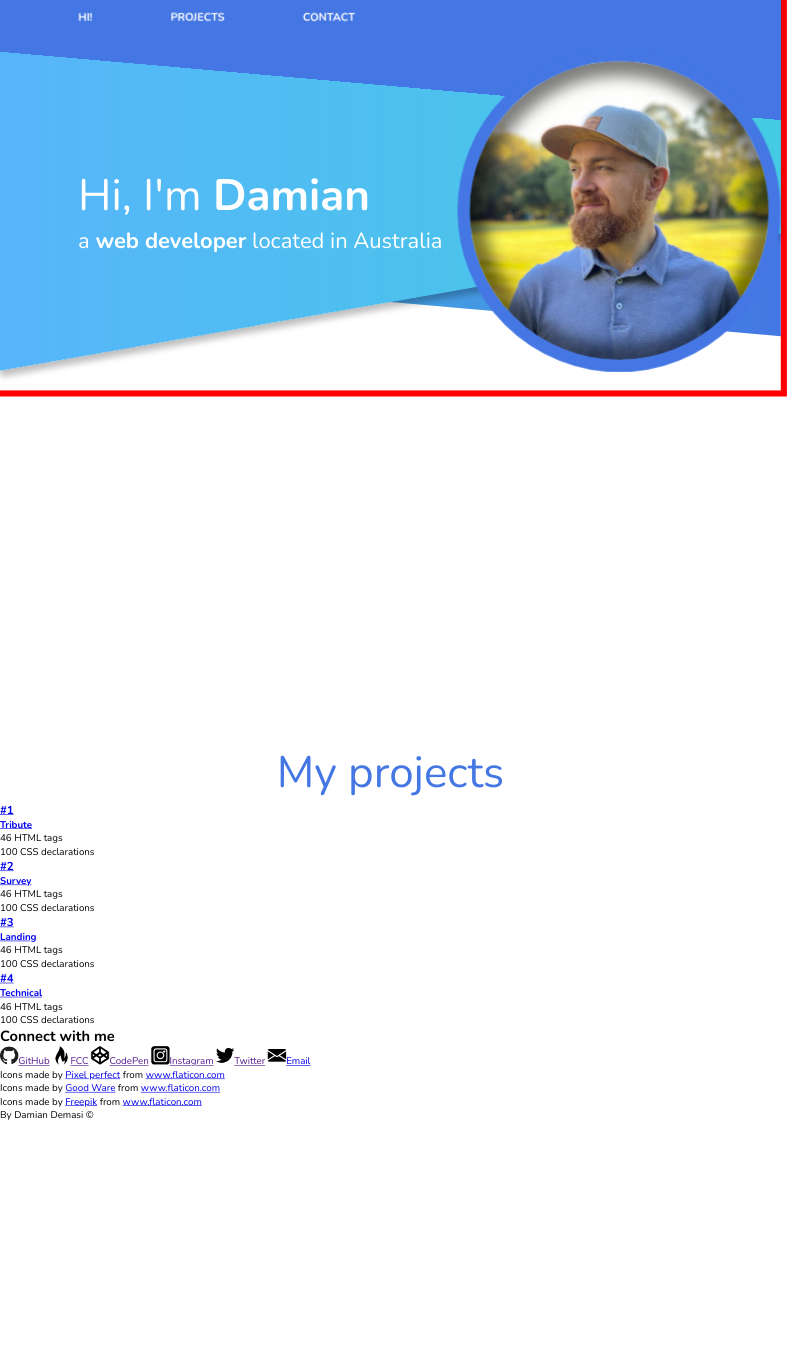
Repository: Colo-Codes/freecodecamp-05-Personal-Portfolio-Webpage
Page: index.html
These files come from the project's save history. The page is drawn as it stood at one moment and after the next save; the edit follows.
The browser window is 1280 px wide. The page is 1320 px wide, so the pictures cover 1320 px, including what lies to the right of the window. The pictures show the whole page, at 61% of full size.

Above is the page before, as saved 2021-06-03 14:55:12.

### index.html
<!DOCTYPE html>
<html lang="en">
<head>
    <meta charset="UTF-8">
    <meta http-equiv="X-UA-Compatible" content="IE=edge">
    <meta name="viewport" content="width=device-width, initial-scale=1.0">
    <link rel="preconnect" href="https://fonts.gstatic.com">
    <link href="https://fonts.googleapis.com/css2?family=Nunito:wght@300;400;700&display=swap" rel="stylesheet">
    <link rel="stylesheet" href="./css/index.css">
    <title>Personal Portfolio Webpage</title>
</head>
<body>
    <header>
        <navbar id="navbar">
            <div id="navbar-container">
                <ul id="navbar-flex-container">
                    <li class="navbar-flex-item">Hi!</li>
                    <li class="navbar-flex-item">Projects</li>
                    <li class="navbar-flex-item">Contact</li>
                </ul>
            </div>
        </navbar>
    </header>

    <section id="welcome-section">
            <div id="welcome-section-container">
                    <div id="hero-img" role="img" aria-label="Damian's profile picture: he has a hat, beard, and he is looking left while standing on a green field."></div>
                <div id="hero-text-container">
                    <h1>Hi, I'm <strong>Damian</strong></h1>
                    <p>a <strong>web developer</strong> located in Australia</p>
                </div>
            </div>
            <div id="top-layer"></div>
            <div id="bottom-layer">
                <div id="scroll-to-explore">
                    <p>Scroll to explore</p>
                    <img src="./img/down-arrow.png" alt="Arrow pointing down." height="40px">
                </div>
            </div>
    </section>

    <section id="projects">
        <h2>My projects</h2>

        <div class="project-card">
            <div class="project-tile">
                <a href="#project1"><h3>#1</h3><h4>Tribute</h4></a>
            </div>
            <p>46 HTML tags</p>
            <p>100 CSS declarations</p>
        </div>

        <div class="project-card">
            <div class="project-tile">
                <a href="#project1"><h3>#2</h3><h4>Survey</h4></a>
            </div>
            <p>46 HTML tags</p>
            <p>100 CSS declarations</p>
        </div>

        <div class="project-card">
            <div class="project-tile">
                <a href="#project1"><h3>#3</h3><h4>Landing</h4></a>
            </div>
            <p>46 HTML tags</p>
            <p>100 CSS declarations</p>
        </div>

        <div class="project-card">
            <div class="project-tile">
                <a href="#project1"><h3>#4</h3><h4>Technical</h4></a>
            </div>
            <p>46 HTML tags</p>
            <p>100 CSS declarations</p>
        </div>

    </section>

    <section id="contact">
        <h2>Connect with me</h2>
        <a href="" id="profile-link" target="_blank"><img src="./img/github.png" width="30px">GitHub</a>
        <a href="" id="profile-link-fcc" target="_blank"><img src="./img/fire.png" width="30px">FCC</a>
        <a href="" id="profile-link-codepen" target="_blank"><img src="./img/3d-outlined-shape.png" width="30px">CodePen</a>
        <a href="" id="profile-link-instagram" target="_blank"><img src="./img/instagram.png" width="30px">Instagram</a>
        <a href="" id="profile-link-twitter" target="_blank"><img src="./img/twitter.png" width="30px">Twitter</a>
        <a href="mailto:damian.demasi.1@gmail.com" id="profile-link-email" target="_blank"><img src="./img/email.png" width="30px">Email</a>
    </section>

    <footer>
        <div>Icons made by <a href="https://www.flaticon.com/authors/pixel-perfect" title="Pixel perfect">Pixel perfect</a> from <a href="https://www.flaticon.com/" title="Flaticon">www.flaticon.com</a></div>
        <div>Icons made by <a href="https://www.flaticon.com/authors/good-ware" title="Good Ware">Good Ware</a> from <a href="https://www.flaticon.com/" title="Flaticon">www.flaticon.com</a></div>
        <div>Icons made by <a href="https://www.freepik.com" title="Freepik">Freepik</a> from <a href="https://www.flaticon.com/" title="Flaticon">www.flaticon.com</a></div>
        <p>By Damian Demasi &copy;</p>
    </footer>
</body>
</html>

### css/index.css
/* @media */

/* The height of the welcome section should be equal to the height of the viewport. */

/* The navbar should always be at the top of the viewport. */

/* Border-box and font-size */
html {
    box-sizing: border-box;
    font-size: 16px;
}
body {
    font-family: 'Nunito', sans-serif;
}

/* Reset margins and set global values */

*, *::before, *::after {
    box-sizing: inherit;
    margin: 0;
    padding: 0;
}

/* Navbar */

#navbar {
    display: block;
    background-color: #4477E3;
    /* 1rem = 16px -> 18.75rem = 300px */
    height: 18.75rem;
    width: 100%;
    transform: skewY(5deg) translateY(-10rem);
    position: fixed;
    z-index: 4;
}
#navbar-container {
    max-width: 90rem;
    margin: auto;
}

#navbar-flex-container {
    display: flex;
    /* align-items: center; */
    /* justify-content: space-around; */
    height: 100%;
    transform: skewY(-5deg) translateY(5rem);
    z-index: 4;
}
.navbar-flex-item {
    list-style: none;
    margin: 6rem 0 0 8rem;
    font-style: normal;
    font-weight: bold;
    font-size: 1.125rem;
    text-transform: uppercase;
    color: white;
}

/* Hero */

#welcome-section-container {
    /* 1440px = 90rem */
    max-width: 90rem;
    height: 40rem;
    margin: auto;
    outline: 10px solid red;
    position: relative;
}

#hero-text-container h1 {
    padding-top: 17rem;
    margin-left: 8rem;
    font-size: 4.5rem;
    font-weight: 300;
    color: white;
}

#hero-text-container > p {
    margin-left: 8rem;
    font-size: 2.25rem;
    color: white;
    font-weight: 300;
}

#hero-text-container {
    position: relative;
    z-index: 3;
}

#hero-img {
    top: 5rem;
    right: 0rem;
    border-radius: 50%;
    width: 33.125rem;
    height: 33.125rem;
    border: 20px solid #4477E3;
    background: url(../img/6D5BF231-2A3E-4029-9EFE-9C82AF0D506F_1_105_c.jpeg);
    background-position: center;
    background-size: contain;
    background-repeat: no-repeat;
    box-shadow: inset 0px 0px 25px 25px rgba(0, 0, 0, 0.5);
    position: absolute;
    z-index: 5;
}

#top-layer {
    background: #57B5FA; /* fallback for old browsers */
    background: -webkit-linear-gradient(to left, #44CBE3, #57B5FA);  /* Chrome 10-25, Safari 5.1-6 */
    background: linear-gradient(to left, #44CBE3, #57B5FA); /* W3C, IE 10+/ Edge, Firefox 16+, Chrome 26+, Opera 12+, Safari 7+ */
    /* 1rem = 16px -> 60.31rem = 865px + 100px */
    /* height: 60.31rem; */
    height: 100vh;
    width: 100%;
    transform: skewY(-10deg) translateY( -54.06rem );
    box-shadow: 0px 10px 10px rgba(0, 0, 0, 0.25);
    position: relative;
    z-index: 2;
}

#bottom-layer {
    background: #4477E3; /* fallback for old browsers */
    background: -webkit-linear-gradient(to right, #44CBE3, #4477E3);  /* Chrome 10-25, Safari 5.1-6 */
    background: linear-gradient(to right, #44CBE3, #4477E3); /* W3C, IE 10+/ Edge, Firefox 16+, Chrome 26+, Opera 12+, Safari 7+ */
    /* 1rem = 16px -> 54.06rem = 865px */
    height: 54.06rem;
    width: 100%;
    transform: skewY(5deg) translateY(-108.12rem); /* 54.06 * 2 */
    position: relative;
    z-index: 1;
}

#scroll-to-explore {
    position: relative;
    top: 90%;
    margin-left: 90%;
    transform: skewY(-5deg);

}

#scroll-to-explore > p {
    font-size: 1.125rem;
    color: white;
    font-weight: 300;
}

#scroll-to-explore > img {
    margin: .5rem 8rem 0 0;
    filter: invert(1);
}

/* Projects */

#projects {
    margin-top: -140vh;

}

#projects h2 {
    color: #4477E3;
    font-size: 4.5rem;
    font-weight: 300;
    text-align: center;
}

#project-card {
    display: block;
    background-color: #F3F3F3;
    width: 100%;
    height: 15rem;
}

After the next save:
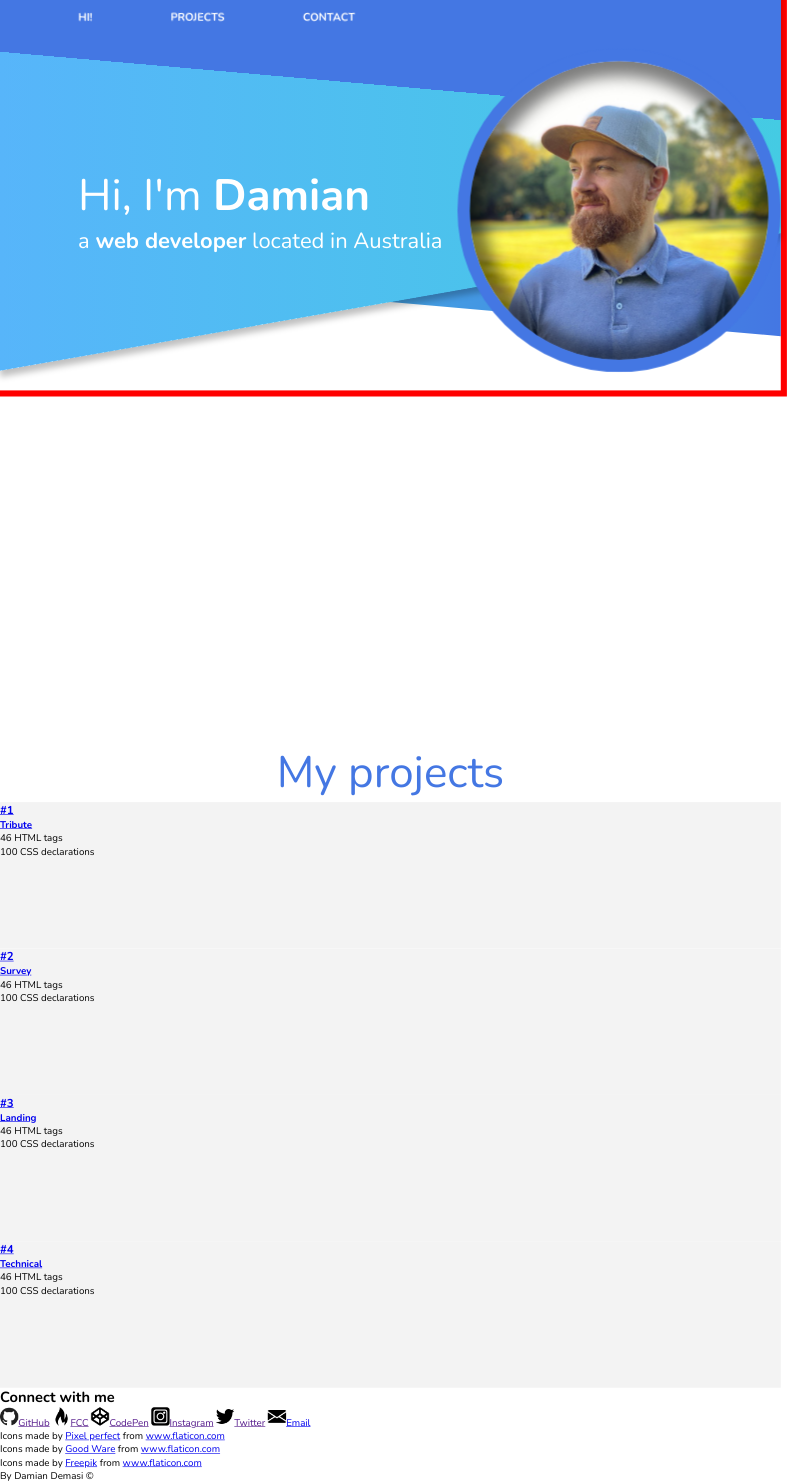
Saved 12 s later.
--- a/css/index.css
+++ b/css/index.css
@@ -162,7 +162,7 @@ body {
     text-align: center;
 }
 
-#project-card {
+.project-card {
     display: block;
     background-color: #F3F3F3;
     width: 100%;
